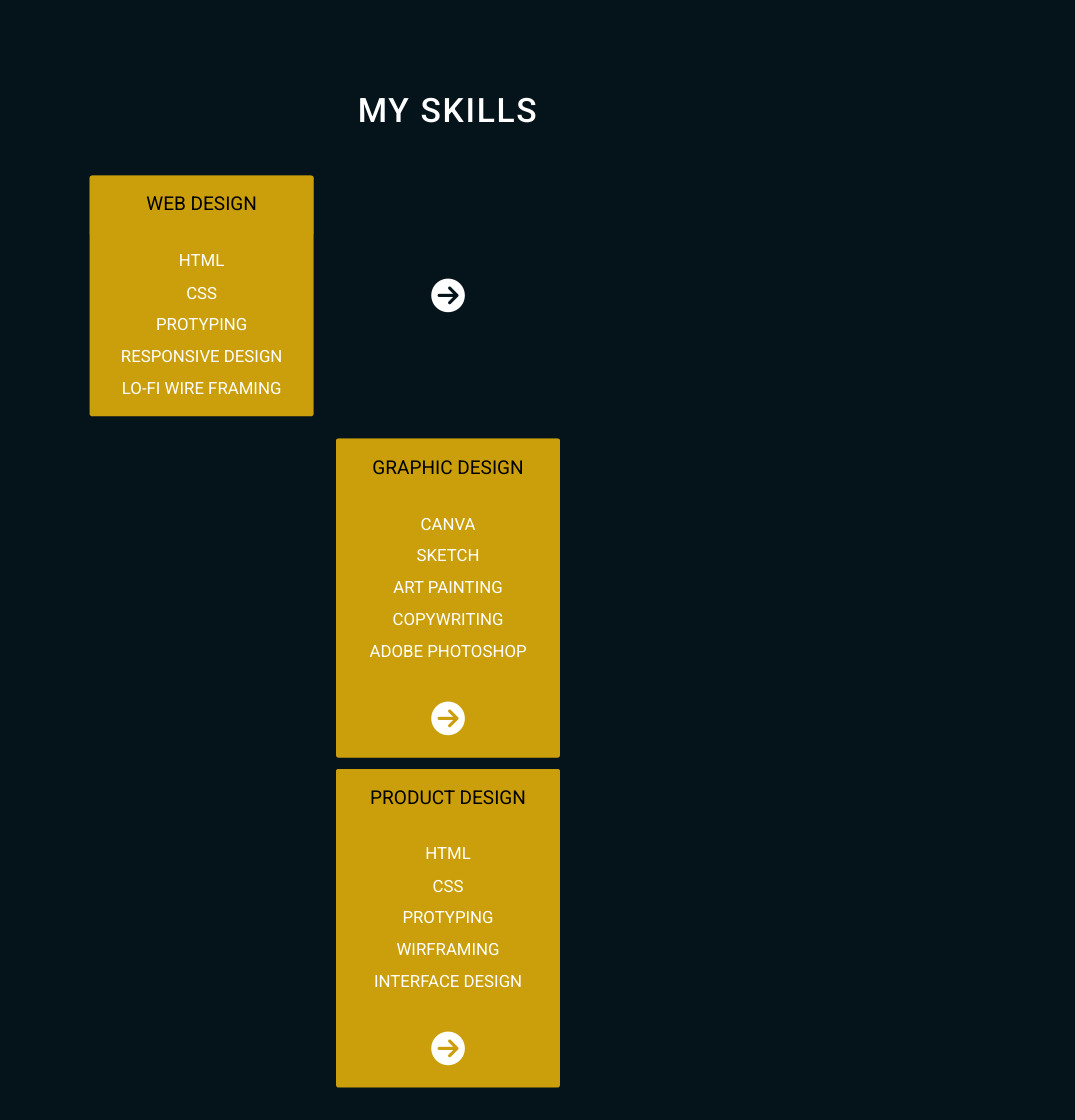
Repository: ajeyamajumder/Ajeya-Web-Portfolio-Design
Page: index.html
The author's editor kept a copy of each file at every save. The page is drawn from the files as they stood at one save, then again after a run of saves.
The browser window is 1280 px wide. The page is 1536 px wide, so the pictures cover 1536 px, including what lies to the right of the window. The pictures show the part of the page from y = 1422 to 3022 px (the page is 5132 px tall before and 4772 px after), at 70% of full size.
Some web fonts or font styles are not loaded; a fallback is used. Some web libraries are served in a nearby version.

Above is the page before, as saved 2023-03-12 20:41:47.

After the next 2 saves:
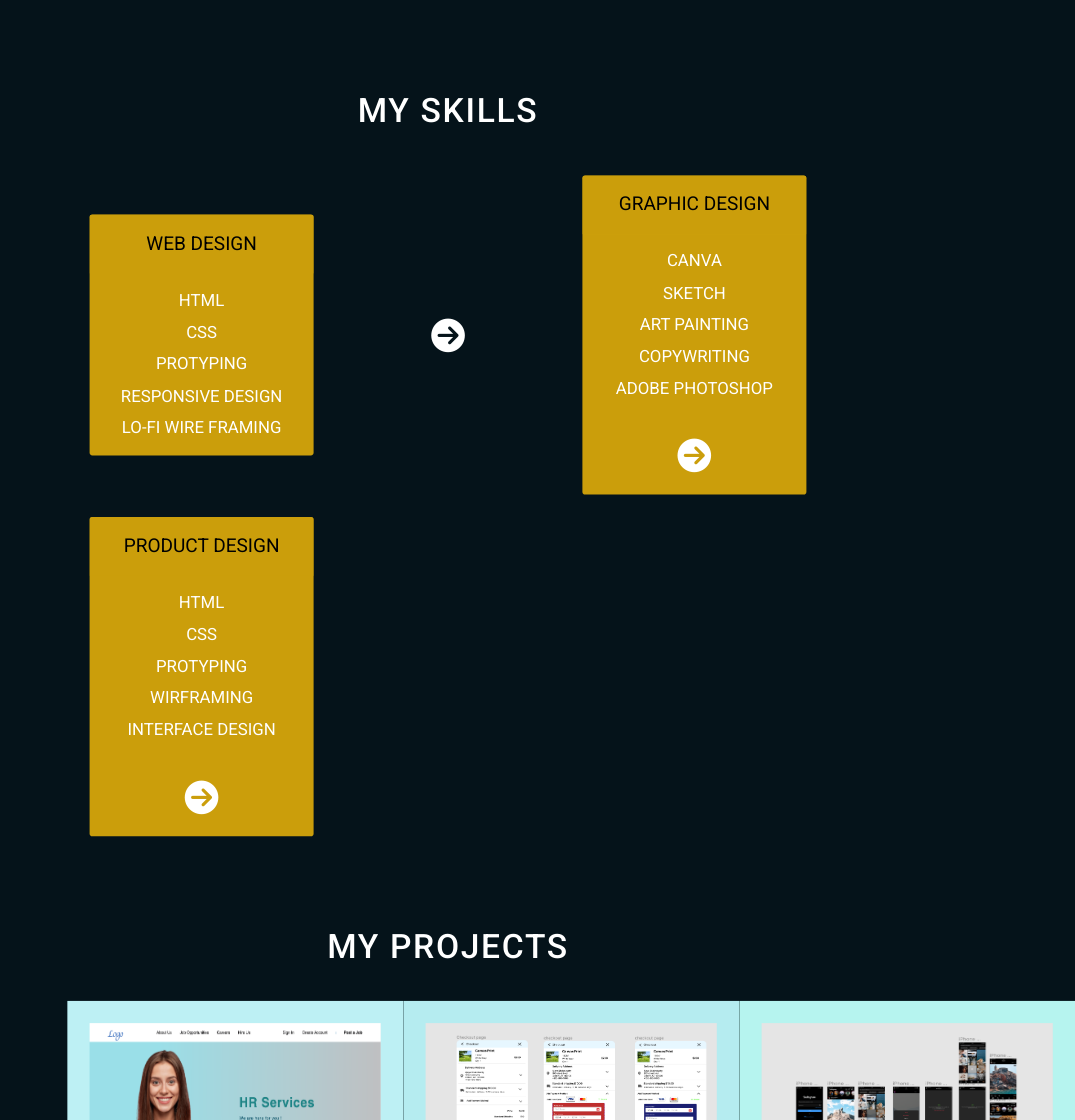
The 2 saves are shown as one change because they came seconds apart.
The last was saved 11 min 47 s later.
--- a/index.html
+++ b/index.html
@@ -109,7 +109,7 @@
          <li class="list">LO-FI WIRE FRAMING</li>
 
        </div>
-    </div><a href="https://www.canva.com/design/DAFEwa5dews/f
+    </div><div><a href="https://www.canva.com/design/DAFEwa5dews/f
     J1gJidYnW4Lt7wu0VFLMA/view?utm_content=DAFEwa5dews&utm_c
     ampaign=designshare&utm_medium=link2&utm_source=sharebutton"
     target="_blank"><i class="fa-sharp fa-solid  fa-circle-arrow-right"></i></a>
